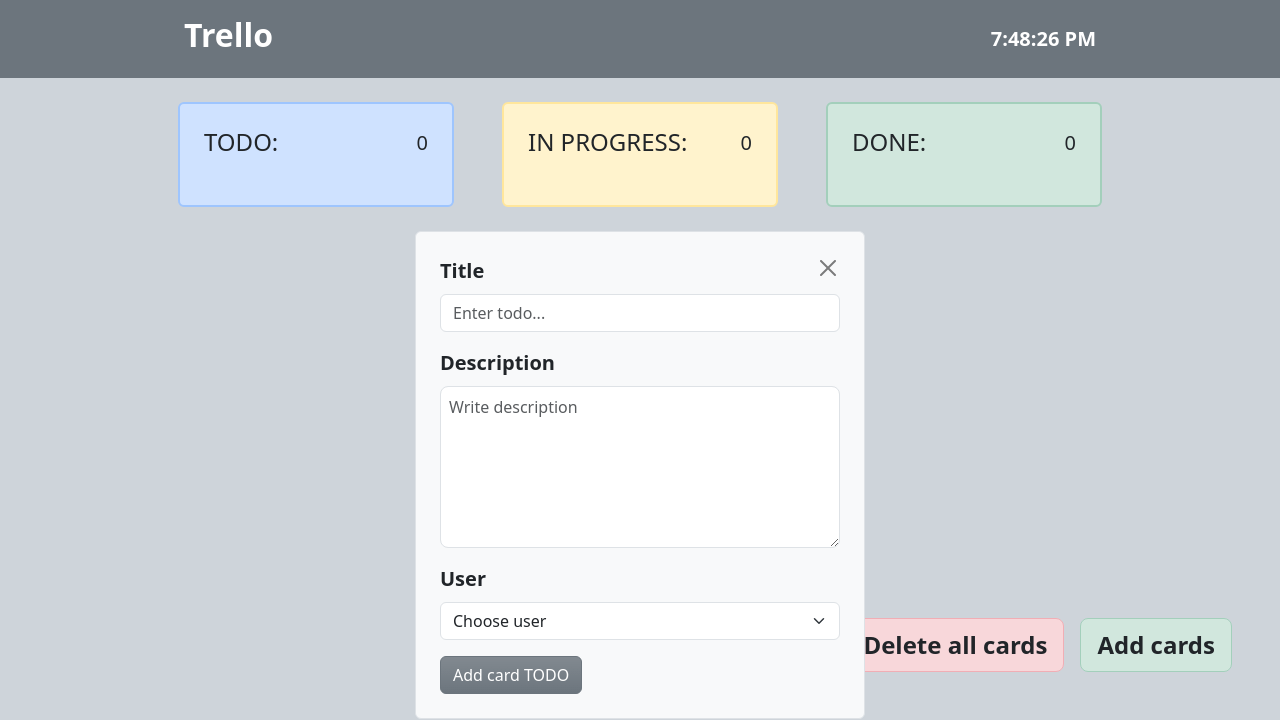
Repository: Valeria154/trello-app-clone
Page: / (app in trello-app-project/)
The author's editor kept a copy of each file at every save. The page is drawn from the files as they stood at one save, then again after the next save.
The browser window is 1280 px wide. The pictures show the whole page.
After loading, the first visible `#addCardBtn` was clicked once.
The project was rebuilt for these pictures with package versions that can differ from the ones it lists, and the page was loaded fresh each time. Also part of the build but not shown: trello-app-project/vite.config.js.

Above is the page before, as saved 2025-03-15 20:33:38.

### trello-app-project/src/index.html
<!doctype html>
<html lang="en">

<head>
	<meta charset="UTF-8" />
	<meta name="viewport" content="width=device-width, initial-scale=1.0" />
	<title>Trello</title>
	<script type="module" src="./main.js"></script>
</head>

<body class="bg-dark-subtle">
	<header class="bg-secondary p-3">
		<div class="container d-flex justify-content-between align-items-center mx-autox w-75">
			<h1 class="fs-2 fw-bold text-white">Trello</h1>
			<div class="fs-5 fw-semibold text-white" id="clock"></div>
		</div>
	</header>
	<main class="p-4">
		<div class="container text-center w-75">
			<div class="row align-items-start mb-6 gap-5">
				<!-- TODO -->
				<div class="col border border-primary-subtle border-2 rounded-2 text-dark p-4 bg-primary-subtle">
					<div class="d-flex justify-content-between mb-3">
						<h4>TODO:</h4>
						<div id="todoCount" class="fs-5">0</div>
					</div>
					<div id="todo"></div>
				</div>
				<!-- In progress -->
				<div class="col border border-warning-subtle border-2 rounded-2 text-dark p-4 bg-warning-subtle">
					<div class="d-flex justify-content-between mb-3">
						<h4>IN PROGRESS:</h4>
						<div id="progressCount " class="fs-5">0</div>
					</div>
					<div id="progress"></div>
				</div>
				<!-- Done -->
				<div class="col border border-success-subtle border-2 rounded-2 text-dark p-4 bg-success-subtle">
					<div class="d-flex justify-content-between mb-3">
						<h4>DONE:</h4>
						<div id="doneCount" class="fs-5">0</div>
					</div>
					<div id="done"></div>
				</div>
			</div>
			<div class="d-grid gap-2 d-md-flex justify-content-md-end position-fixed bottom-0 end-0 p-5">
				<button class="btn btn-lg bg-danger-subtle border-danger-subtle me-md-2 fs-4 fw-semibold" type="button"
					id="deleteAllBtn">Delete all
					cards</button>
				<button id="addCardBtn" class="btn btn-lg bg-success-subtle border-success-subtle fs-4 fw-semibold"
					type="button">Add
					cards</button>
			</div>
			<!-- Modal form -->
			<div id="modalFormContainer"
				class="d-flex justify-content-center align-items-center position-relative w-100 mw-50 p-4">
				<!-- <form class="p-4 border rounded bg-light text-start fw-semibold w-50 position-relative">
					<div class="mb-3">
						<label for="titile" class="form-label fs-5">Title</label>
						<input type="text" class="form-control" id="title" placeholder="Enter todo...">
					</div>
					<div class="mb-3">
						<label for="description" class="form-label fs-5">Description</label>
						<textarea class="form-control p-2 rounded-3" id="description" rows="6"
							placeholder="Write description"></textarea>
					</div>
					<div class="mb-3">
						<label for="user" class="form-label fs-5">User </label>
						<select id="user" class="form-select">
							<option selected value="">Choose user</option>
							<option value="Amelia">Amelia</option>
							<option value="Mary">Mary</option>
							<option value="Thomas">Thomas</option>
							<option value="Harry">Harry</option>
							<option value="Susan">Susan</option>
						</select>
					</div>
					<button type="submit" class="btn btn-primary bg-secondary bg-gradient border-secondary">Add card
						TODO</button>
					<button type="button" class="btn-close position-absolute top-0 end-0 me-4 mt-4"
						aria-label="close"></button>
				</form>
			</div> -->
			</div>
	</main>

</body>

</html>

### trello-app-project/src/main.js
import './style.scss'
// import javascriptLogo from './javascript.svg'
// import viteLogo from '/vite.svg'

const clockElement = document.querySelector('#clock')
const addCardElement = document.querySelector('#addCardBtn')
const modalFormElement = document.querySelector('#modalFormContainer')

//функция, которая отражает часы
function showClock() {
	clockElement.textContent = new Date().toLocaleTimeString()
}
setInterval(showClock, 1000)
showClock()


//открытие модального окна после клика
addCardElement.addEventListener('click', handleClickButtonAddCard)

function handleClickButtonAddCard() {
	toggleModal(modalFormElement)
	modalFormElement.innerHTML = buildModalForm()
}

function toggleModal(modal) {
	modal.classList.toggle('show'); // Переключает класс "show", отвечающий за видимость
}
function buildModalForm() {
	return `
				<form class="p-4 border rounded bg-light text-start fw-semibold w-50 position-absolute top-50 end-25">
					<div class="mb-3">
						<label for="title" class="form-label fs-5">Title</label>
						<input type="text" class="form-control" id="title" placeholder="Enter todo...">
					</div>
					<div class="mb-3">
						<label for="description" class="form-label fs-5">Description</label>
						<textarea class="form-control p-2 rounded-3" id="description" rows="6"
							placeholder="Write description"></textarea>
					</div>
					<div class="mb-3">
						<label for="user" class="form-label fs-5">User </label>
						<select id="user" class="form-select">
							<option selected value="">Choose user</option>
							<option value="Amelia">Amelia</option>
							<option value="Mary">Mary</option>
							<option value="Thomas">Thomas</option>
							<option value="Harry">Harry</option>
							<option value="Susan">Susan</option>
						</select>
					</div>
					<button type="submit" class="btn btn-primary bg-secondary bg-gradient border-secondary">Add card TODO</button>
					<button type="button" class="btn-close position-absolute top-0 end-0 me-4 mt-4" aria-label="close"></button>
				</form>
	`

}

Loaded but not shown: trello-app-project/src/style.scss (common file)

After the next save:
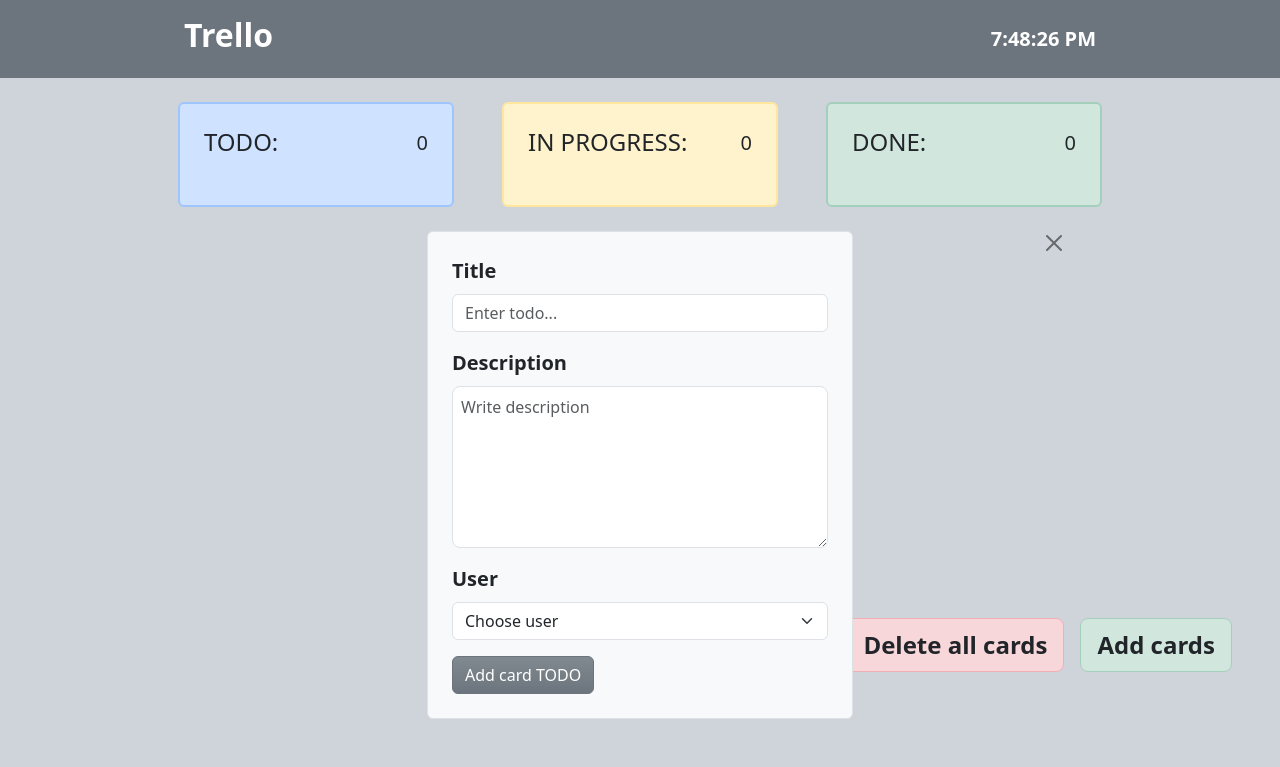
Saved 42 s later.
--- a/trello-app-project/src/main.js
+++ b/trello-app-project/src/main.js
@@ -27,7 +27,7 @@
 }
 function buildModalForm() {
 	return `
-				<form class="p-4 border rounded bg-light text-start fw-semibold w-50 position-absolute top-50 end-25">
+				<form class="p-4 border rounded bg-light text-start fw-semibold w-50">
 					<div class="mb-3">
 						<label for="title" class="form-label fs-5">Title</label>
 						<input type="text" class="form-control" id="title" placeholder="Enter todo...">
